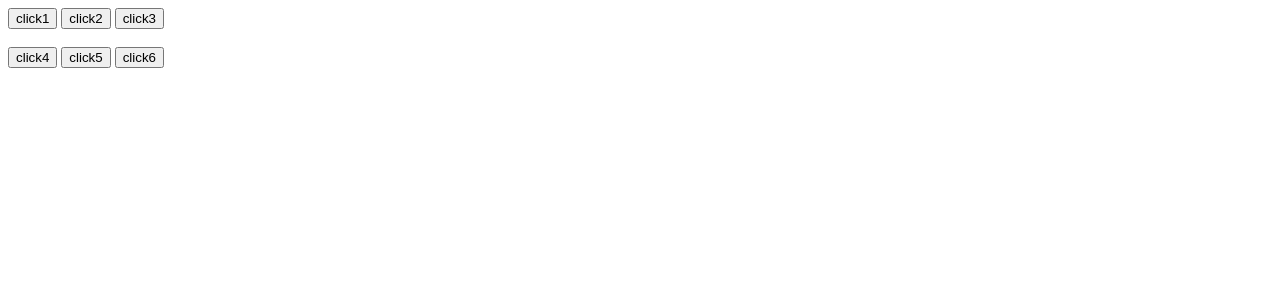
Repository: Jeong43/WebStudy
Page: JsonApp/WebContent/JsonTest07.html
These files come from the project's save history. The page is drawn as it stood at one moment and after the next save; the edit follows.
The browser window is 1280 px wide. The pictures show the whole page.

Above is the page before, as saved 2021-12-09 01:38:01.

### JsonApp/WebContent/JsonTest07.html
<!DOCTYPE html>
<html>
<head>
<meta charset="UTF-8">
<title>JsonTest07.html</title>
<script type="text/javascript">

	var myJsonObj7 =
	[
		"test"
	]

	var myJsonObj7_1 =
	[
		"test1", "test2"
	]

	var myJsonObj7_2 =
	[
		"test1", "test2", 123, 123+1
	]

</script>
</head>
<body>

<form action="">
	<!--@ → 더미로 보인다! -->
	<input type="button" value="click1" onclick="alert(myJsonObj7)" />
	<!-- → test -->

	<input type="button" value="click2" onclick="alert(myJsonObj7_1)" />
	<!-- → test1,test2 -->

	<input type="button" value="click3" onclick="alert(myJsonObj7_2)" />
	<!-- → test1,test2,123,124 -->

	<br /><br />

	<input type="button" value="click4" onclick="alert(typeof myJsonObj7)" />
	<!-- → object -->

	<input type="button" value="click5" onclick="alert(typeof myJsonObj7_1)" />
	<!-- → object -->

	<input type="button" value="click6" onclick="alert(typeof myJsonObj7_2)" />
	<!-- → object -->
</form>

</body>
</html>

After the next save:
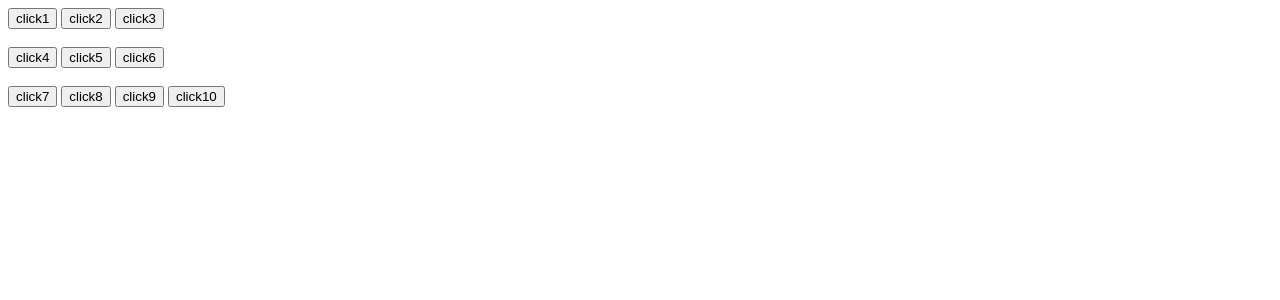
Saved 3 min 13 s later.
--- a/JsonApp/WebContent/JsonTest07.html
+++ b/JsonApp/WebContent/JsonTest07.html
@@ -45,6 +45,21 @@
 
 	<input type="button" value="click6" onclick="alert(typeof myJsonObj7_2)" />
 	<!-- → object -->
+
+	<br><br>
+
+	<input type="button" value="click7" onclick="alert(myJsonObj7[0])" />
+	<!-- → test -->
+
+	<input type="button" value="click8" onclick="alert(typeof myJsonObj7[0])" />
+	<!-- → string -->
+
+	<input type="button" value="click9" onclick="alert(myJsonObj7[1])" />
+	<!-- → test -->
+
+	<input type="button" value="click10" onclick="alerttypeof (myJsonObj7[0])" />
+
+
 </form>
 
 </body>
